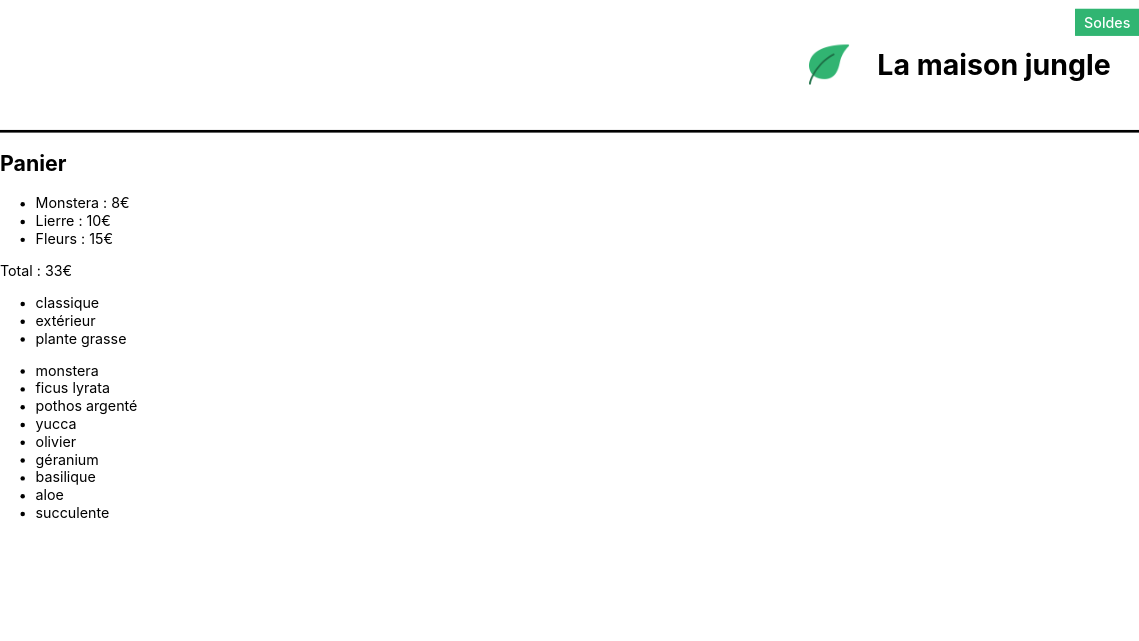
Repository: massndongo/la-maison-junglee
Page: /
These files come from the project's save history. The page is drawn as it stood at one moment and after a run of saves; the edit follows.
The browser window is 1280 px wide. The pictures show the whole page, at 89% of full size.
The project was rebuilt for these pictures with package versions that can differ from the ones it lists, and the page was loaded fresh each time.

Above is the page before, as saved 2023-03-23 17:34:45.

### src/components/App.js
import Banner from './Banner'
import Cart from './Cart'
import ShoppingList from './ShoppingList'

function App() {
    return <div><Banner /><Cart /><ShoppingList /></div>
}

export default App

### src/components/Banner.js
import logo from '../assets/logo.png'
import '../styles/Banner.css'

function Banner() {
    const title = 'La maison jungle'
    return (
        <div className='lmj-banner'>
            <img src={logo} alt='La maison jungle' className='lmj-logo' />
            <h1 className='lmj-title'>{title}</h1>
        </div>
    )
}

export default Banner

### src/components/Cart.js
function Cart() {
    const monsteraPrice = 8
    const ivyPrice = 10
    const flowerPrice = 15
    return (<div>
        <h2>Panier</h2>
        <ul>
        <li>Monstera : {monsteraPrice}€</li>
         <li>Lierre : {ivyPrice}€</li>
         <li>Fleurs : {flowerPrice}€</li>
        </ul>
          Total : {monsteraPrice + ivyPrice + flowerPrice }€
          </div>)
    }

export default Cart

### src/components/ShoppingList.js
import { plantList } from '../datas/plantList'
import '../styles/ShoppingList.css'

function ShoppingList() {
	const categories = plantList.reduce(
		(acc, plant) =>
			acc.includes(plant.category) ? acc : acc.concat(plant.category),
		[]
	)

	return (
		<div>
			<ul>
				{categories.map((cat) => (
					<li key={cat}>{cat}</li>
				))}
			</ul>
			<ul>
				{plantList.map((plant) => (
					<li key={plant.id}>{plant.name} {plant.isSpecialOffer && <div className='lmj-sales'>Soldes</div>}</li>
				))}
			</ul>
		</div>
	)
}

export default ShoppingList

Loaded but not shown: public/index.html (common file); src/index.js (common file); src/styles/index.css (common file); src/reportWebVitals.js (common file); src/styles/Banner.css (common file); src/datas/plantList.js (common file); src/styles/ShoppingList.css (common file)

After the next 2 saves:
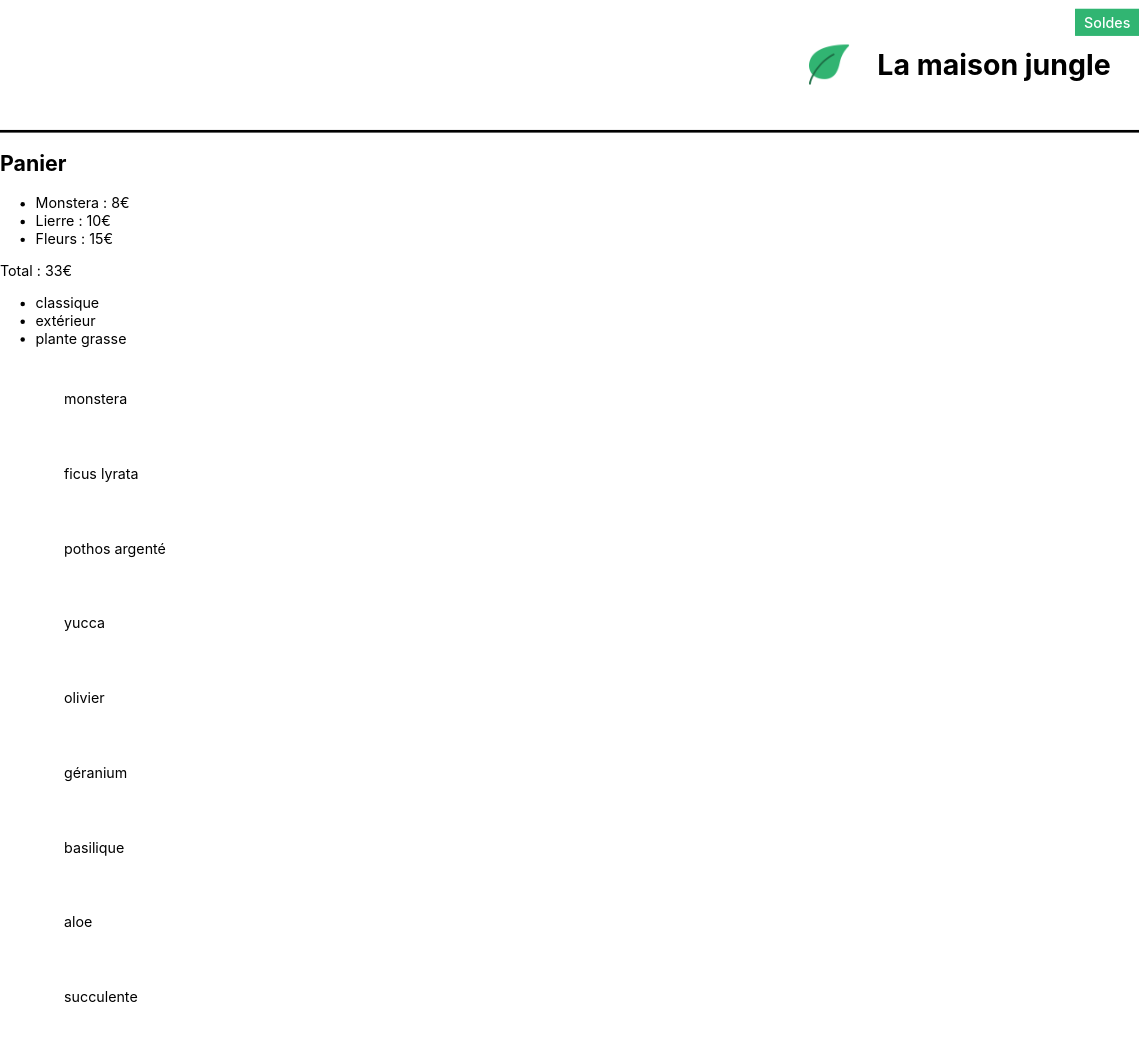
The 2 saves are shown as one change because they came seconds apart.
The last was saved 107 s later.
--- a/src/components/ShoppingList.js
+++ b/src/components/ShoppingList.js
@@ -17,7 +17,7 @@
 			</ul>
 			<ul>
 				{plantList.map((plant) => (
-					<li key={plant.id}>{plant.name} {plant.isSpecialOffer && <div className='lmj-sales'>Soldes</div>}</li>
+					<li className='lmj-plant-list' key={plant.id}>{plant.name} {plant.isSpecialOffer && <div className='lmj-sales'>Soldes</div>}</li>
 				))}
 			</ul>
 		</div>

After the save that followed:
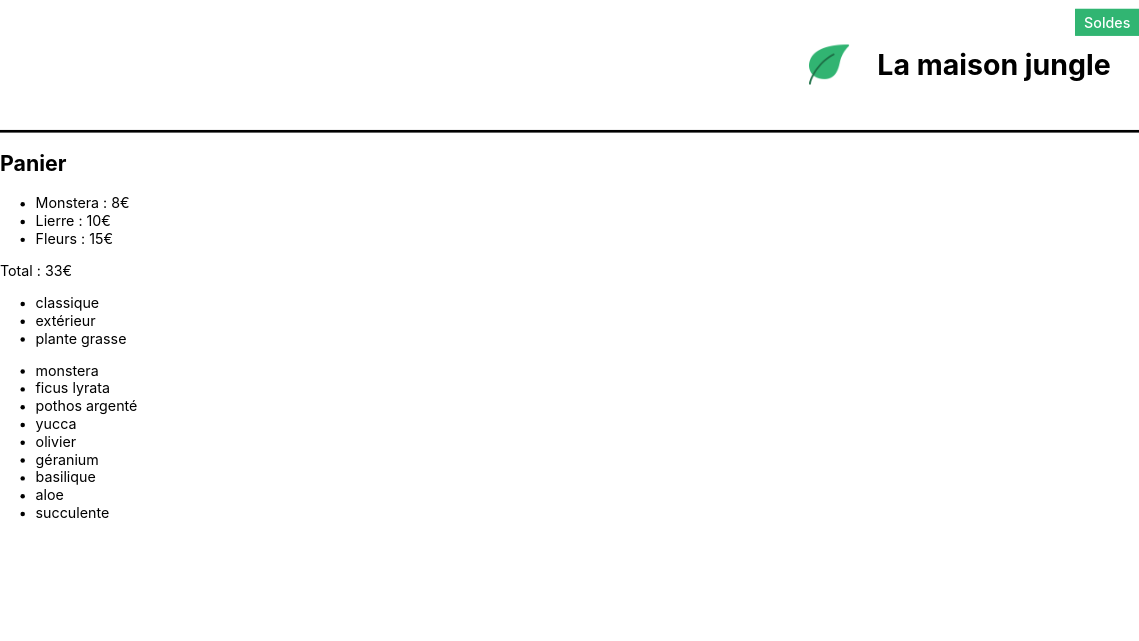
Saved 16 s later.
--- a/src/components/ShoppingList.js
+++ b/src/components/ShoppingList.js
@@ -17,7 +17,7 @@
 			</ul>
 			<ul>
 				{plantList.map((plant) => (
-					<li className='lmj-plant-list' key={plant.id}>{plant.name} {plant.isSpecialOffer && <div className='lmj-sales'>Soldes</div>}</li>
+					<li key={plant.id}>{plant.name} {plant.isSpecialOffer && <div className='lmj-sales'>Soldes</div>}</li>
 				))}
 			</ul>
 		</div>
